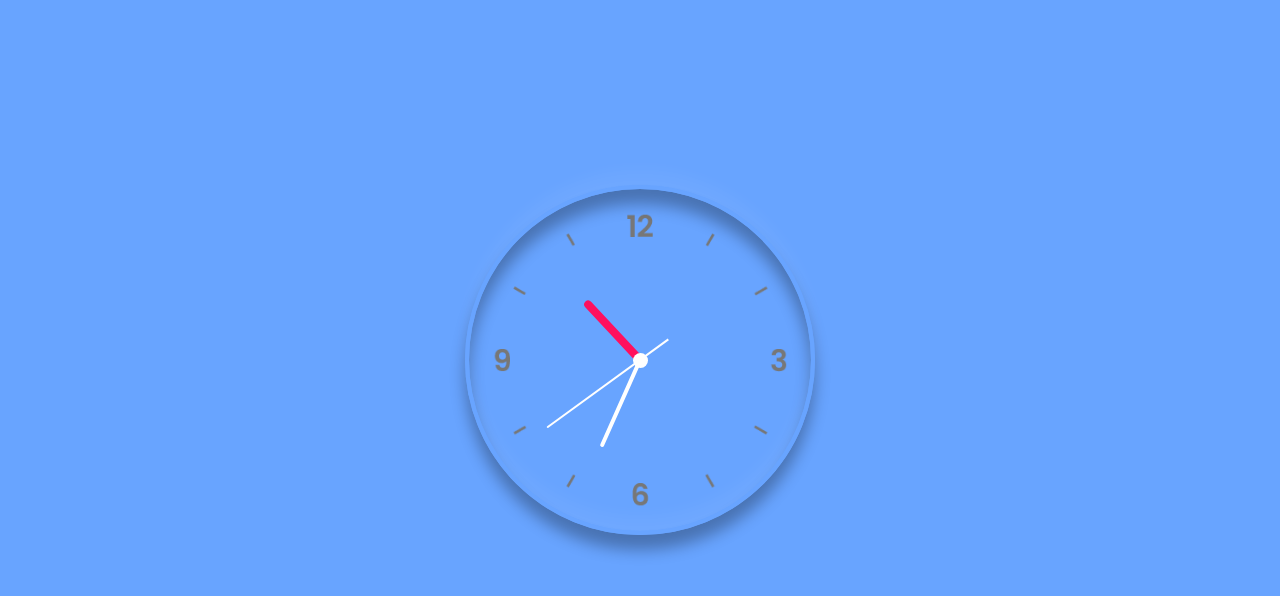
Repository: DaNiels89/analog-clock
Page: index.html
An editor plug-in stored every save of this project. The page is shown before and after the next save, followed by the edit.
The browser window is 1280 px wide. The pictures show the whole page.

Above is the page before, as saved 2020-06-20 11:38:48.

### index.html
<!DOCTYPE html>
<html lang="en">

<head>
    <meta charset="UTF-8">
    <meta name="viewport" content="width=device-width, initial-scale=1.0">
    <title>Analog Clock</title>
    <!-- <link rel="stylesheet" href="css/styles.css"> -->
    <link rel="stylesheet" href="css/lightstyles.css">
</head>

<body>
    <div class="clock">
        <div class="hour">
            <div class="hr" id="hr"></div>
        </div>
        <div class="min">
            <div class="mn" id="mn"></div>
        </div>
        <div class="sec">
            <div class="sc" id="sc"></div>
        </div>
    </div>

    <script src="js/main.js"></script>
</body>

</html>

### css/lightstyles.css
* {
    margin: 0;
    padding: 0;
    box-sizing: border-box;
  }

  body {
    display: flex;
    justify-content: center;
    align-items: center;
    min-height: 100vh;
    background: #68a4ff
  }

  .clock {
    width: 350px;
    height: 350px;
    display:flex;
    justify-content: center;
    align-items: center;
    background: url(../img/clock.png);
    background-size: cover;
    border: 4px solid #68a4ff;
    border-radius: 50%;
    box-shadow: 0 -15px 15px rgba(255,255,255,0.05),
          inset 0 -15px 15px rgba(255,255,255,0.05),
                0 15px 15px rgba(0,0,0,0.3),
          inset 0 15px 15px rgba(0,0,0,0.3);
  }

  .clock::before {
    content: "";
    position: absolute;
    width: 15px;
    height: 15px;
    background: #fff;
    border-radius: 50%;
    z-index: 10000;
  }

  .clock .hour,
  .clock .min,
  .clock .sec {
    position: absolute;
  }

  .clock .hour, .hr {
    width: 160px;
    height: 160px;
  }

  .clock .min, .mn {
    width: 190px;
    height: 190px;
  }

  .clock .sec, .sc {
    width: 230px;
    height: 230px;
  }

  .hr, .mn, .sc {
    display: flex;
    justify-content: center;
    position: absolute;
    border-radius: 50%;;
  }

  .hr::before {
    content: "";
    position: absolute;
    width: 8px;
    height: 80px;
    background: #ff105e;
    z-index: 10;
    border-radius: 6px 6px 0 0;
  }

  .mn::before {
    content: "";
    position: absolute;
    width: 4px;
    height: 90px;
    background: #fff;
    z-index: 11;
    border-radius: 6px 6px 0 0;
  }

  .sc::before {
    content: "";
    position: absolute;
    width: 2px;
    height: 150px;
    background: #fff;
    z-index: 12;
    border-radius: 6px 6px 0 0;
  }

### js/main.js
const deg = 6
const hr = document.querySelector("#hr")
const mn = document.querySelector("#mn")
const sc = document.querySelector("#sc")

setInterval(() => {
    let day = new Date()
    let hh = day.getHours() * 30
    let mm = day.getMinutes() * deg
    let ss = day.getSeconds() * deg

    hr.style.transform = `rotateZ(${(hh) + (mm / 12)}deg)`
    mn.style.transform = `rotateZ(${(mm)}deg)`
    sc.style.transform = `rotateZ(${(ss)}deg)`
})

After the next save:
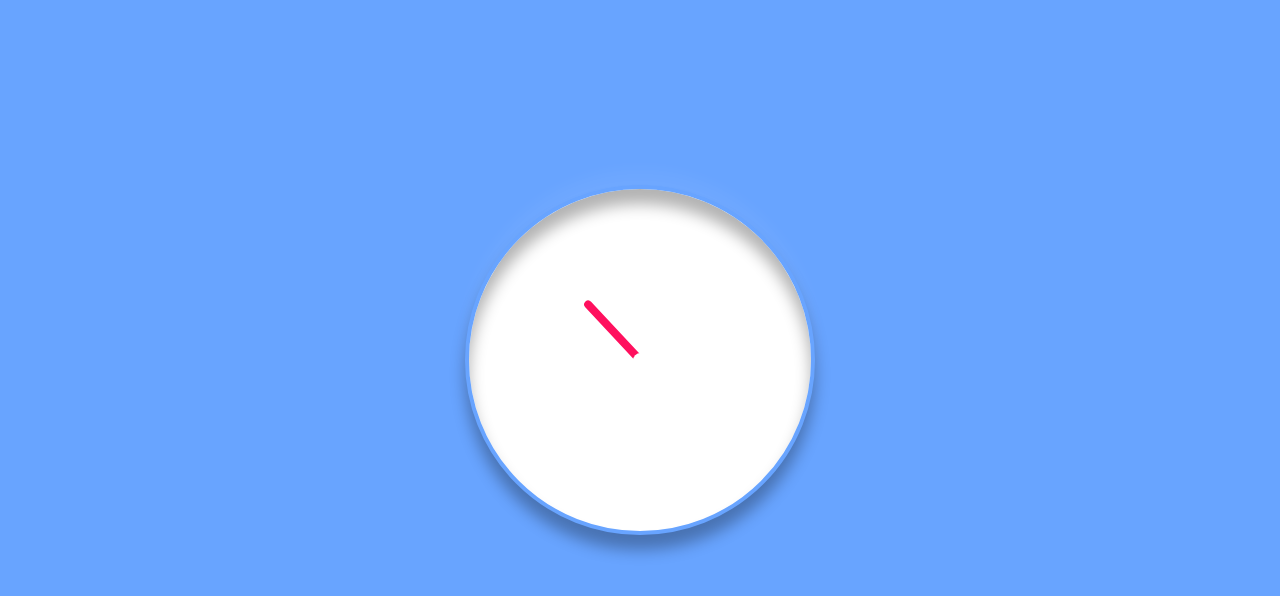
Saved 101 s later.
--- a/css/lightstyles.css
+++ b/css/lightstyles.css
@@ -18,7 +18,7 @@
     display:flex;
     justify-content: center;
     align-items: center;
-    background: url(../img/clock.png);
+    background: #fff;
     background-size: cover;
     border: 4px solid #68a4ff;
     border-radius: 50%;
